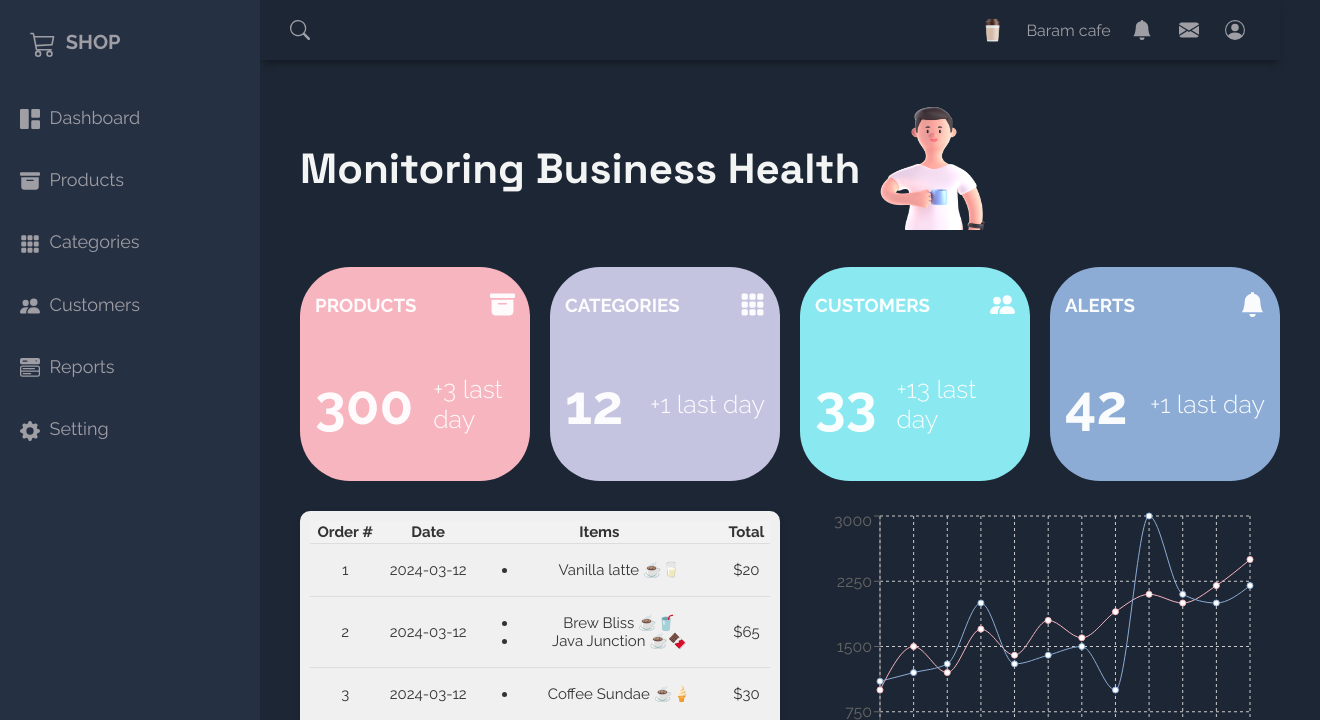
Repository: ffferncake/monitoring-business-health
Page: /
An editor plug-in stored every save of this project. The page is shown before and after the next save, followed by the edit.
The browser window is 1280 px wide. The page is 1320 px wide, so the pictures cover 1320 px, including what lies to the right of the window. The pictures show the whole page.
An inner scrolling area shows only its first screen. The project was rebuilt for these pictures with package versions that can differ from the ones it lists, and the page was loaded fresh each time. Also part of the build but not shown: vite.config.js.

Above is the page before, as saved 2024-03-13 16:02:28.

### index.html
<!doctype html>
<html lang="en">
  <head>
    <meta charset="UTF-8" />
    <link rel="icon" type="image/svg+xml" href="/images/coffee-glass-packaging.png" />
    <meta name="viewport" content="width=device-width, initial-scale=1.0" />
    <title>Baram 바람</title>
  </head>
  <body>
    <div id="root"></div>
    <script type="module" src="/src/main.jsx"></script>
  </body>
</html>

### src/App.css
@import url("https://fonts.googleapis.com/css2?family=Raleway:ital,wght@0,100..900;1,100..900&family=Space+Grotesk:wght@300..700&display=swap");
body {
  margin: 0;
  padding: 0;
  background-color: #1d2634;
  color: #9e9ea4;
  /* font-family: 'Montserrat', sans-serif; */
  font-family: "Raleway", "Space Grotesk", sans-serif;
}

.icon {
  vertical-align: middle;
  line-height: 1px;
  font-size: 20px;
}
.icon_header {
  vertical-align: middle;
  line-height: 1px;
  font-size: 26px;
}
.icon,
.icon_header {
  margin-right: 5px;
}

.close_icon {
  color: red;
  margin-left: 30px;
  margin-top: 10px;
  cursor: pointer;
}

.grid-container {
  display: grid;
  grid-template-columns: 260px 1fr 1fr 1fr;
  grid-template-rows: 0.2fr 3fr;
  grid-template-areas:
    "sidebar header header header"
    "sidebar main main main";
  height: 100vh;
}

/* Header  */
.header {
  grid-area: header;
  height: 60px;
  display: flex;
  align-items: center;
  justify-content: space-between;
  padding: 0 30px 0 30px;
  box-shadow: 0 6px 7px -3px rgba(0, 0, 0, 0.35);
}

.header-right {
  display: flex;
  justify-content: space-between;
  align-items: center;
  width: 270px;
}
.header-right > img {
  width: 25px;
}

.menu-icon {
  display: none;
}
/* End Header  */

/* Sidebar  */
#sidebar {
  grid-area: sidebar;
  height: 100%;
  background-color: #263043;
  overflow-y: auto;
  transition: all 0.5s;
  -webkit-transition: all 0.5s;
}

.sidebar-title {
  display: flex;
  justify-content: space-between;
  align-items: center;
  padding: 15px 30px 0px 30px;
  margin-bottom: 30px;
  font-family: "Raleway", sans-serif;
}

.sidebar-title > span {
  display: none;
}

.sidebar-brand {
  margin-top: 15px;
  font-size: 20px;
  font-weight: 700;
}

.sidebar-list {
  padding: 0;
  list-style-type: none;
}

.sidebar-list-item {
  padding: 20px 20px 20px 20px;
  font-size: 18px;
}

.sidebar-list-item:hover {
  background-color: rgba(255, 255, 255, 0.2);
  cursor: pointer;
}

.sidebar-list-item > a {
  text-decoration: none;
  color: #9e9ea4;
}

.sidebar-responsive {
  display: inline !important;
  position: absolute;
  /*
    we want the z-index of the sidebar higher so that
    the charts are not showing over the sidebar
    on small screens
  */
  z-index: 12 !important;
}

/* End Sidebar  */

/* Main  */
.main-container {
  grid-area: main;
  overflow-y: auto;
  overflow-x: hidden;
  padding: 20px 20px;
  color: rgba(255, 255, 255, 0.95);
  width: 100%;
  display: flex;
  flex-wrap: wrap;
}

.column {
  /* grid-area: main; */
  overflow-y: auto;
  padding: 20px 20px;
  color: rgba(255, 255, 255, 0.95);
  overflow-x: hidden;
  /* width: 50%; */
}

.main-title {
  display: flex;
  /* justify-content: space-between; */
  font-size: 36px;
  font-family: "Space Grotesk", sans-serif;
}

.main-title > img {
  width: 150px;
  height: 130px;
}
.main-cards {
  display: grid;
  grid-template-columns: 1fr 1fr 1fr 1fr;
  gap: 20px;
  margin: 30px 0;
}

.card {
  display: flex;
  flex-direction: column;
  justify-content: space-around;
  padding: 8px 15px;
  border-radius: 50px;
}

.card:first-child {
  background-color: #f7b5bf;
}

.card:nth-child(2) {
  background-color: #c4c4e0;
}

.card:nth-child(3) {
  background-color: #8ae8f0;
}

.card:nth-child(4) {
  background-color: #8cacd5;
}

.card-inner {
  display: flex;
  align-items: center;
  justify-content: space-between;
}

.card-inner-text {
  display: flex;
  align-items: center;
  justify-content: space-between;
}

.card-inner-text > h1 {
  font-size: 55px;
  font-weight: 700;
}

.card-inner-text > h2 {
  font-size: 25px;
  padding-left: 20px;
  font-weight: 300;
}

.card-inner > .card_icon {
  font-size: 25px;
}

.card-inner > img {
  border-radius: 50px;
  width: 290px;
  height: 400px;
  display: block;
  align-items: center;
  margin: 0 auto; /* Center the image horizontally */
  margin-left: 50px;
}
.charts {
  display: grid;
  grid-template-columns: 1fr 1fr;
  gap: 20px;
  margin-top: 10px;
  height: 300px;
}

/* End Main  */

/* Medium <= 992px */

@media screen and (max-width: 992px) {
  .grid-container {
    grid-template-columns: 1fr;
    grid-template-rows: 0.2fr 3fr;
    grid-template-areas:
      "header"
      "main";
  }

  #sidebar {
    display: none;
  }

  .menu-icon {
    display: inline;
  }

  .sidebar-title > span {
    display: inline;
  }
}
/* Small <= 768px */

@media screen and (max-width: 768px) {
  .main-cards {
    grid-template-columns: 1fr;
    gap: 10px;
    margin-bottom: 0;
  }

  .charts {
    grid-template-columns: 1fr;
    margin-top: 30px;
  }
}

/* Extra Small <= 576px */

@media screen and (max-width: 576px) {
  .hedaer-left {
    display: none;
  }
}

### src/Header.jsx
import React from "react";
import {
  BsFillBellFill,
  BsFillEnvelopeFill,
  BsPersonCircle,
  BsSearch,
  BsJustify,
} from "react-icons/bs";
import "./App.css";

function Header({ OpenSidebar }) {
  return (
    <header className="header">
      <div className="menu-icon">
        <BsJustify className="icon" onClick={OpenSidebar} />
      </div>
      <div className="header-left">
        <BsSearch className="icon" />
      </div>

      <div className="header-right">
        <img src="./images/coffee-glass-packaging.png" alt="coffee" />
        <p>Baram cafe</p>
        <BsFillBellFill className="icon" />
        <BsFillEnvelopeFill className="icon" />
        <BsPersonCircle className="icon" />
      </div>
    </header>
  );
}

export default Header;

### src/Sidebar.jsx
import React from 'react'
import
{BsCart3, BsGrid1X2Fill, BsFillArchiveFill, BsFillGrid3X3GapFill, BsPeopleFill,
  BsListCheck, BsMenuButtonWideFill, BsFillGearFill}
 from 'react-icons/bs'

function Sidebar({openSidebarToggle, OpenSidebar}) {
  return (
    <aside id="sidebar" className={openSidebarToggle ? "sidebar-responsive": ""}>
        <div className='sidebar-title'>
            <div className='sidebar-brand'>
                <BsCart3  className='icon_header'/> SHOP
            </div>
            <span className='icon close_icon' onClick={OpenSidebar}>X</span>
        </div>

        <ul className='sidebar-list'>
            <li className='sidebar-list-item'>
                <a href="">
                    <BsGrid1X2Fill className='icon'/> Dashboard
                </a>
            </li>
            <li className='sidebar-list-item'>
                <a href="">
                    <BsFillArchiveFill className='icon'/> Products
                </a>
            </li>
            <li className='sidebar-list-item'>
                <a href="">
                    <BsFillGrid3X3GapFill className='icon'/> Categories
                </a>
            </li>
            <li className='sidebar-list-item'>
                <a href="">
                    <BsPeopleFill className='icon'/> Customers
                </a>
            </li>
            {/* <li className='sidebar-list-item'>
                <a href="">
                    <BsListCheck className='icon'/> Inventory
                </a>
            </li> */}
            <li className='sidebar-list-item'>
                <a href="">
                    <BsMenuButtonWideFill className='icon'/> Reports
                </a>
            </li>
            <li className='sidebar-list-item'>
                <a href="">
                    <BsFillGearFill className='icon'/> Setting
                </a>
            </li>
        </ul>
    </aside>
  )
}

export default Sidebar

### src/Home.jsx
import React from "react";
import {
  BsFillArchiveFill,
  BsFillGrid3X3GapFill,
  BsPeopleFill,
  BsFillBellFill,
} from "react-icons/bs";
import {
  BarChart,
  Bar,
  Cell,
  XAxis,
  YAxis,
  CartesianGrid,
  Tooltip,
  Legend,
  ResponsiveContainer,
  LineChart,
  Line,
} from "recharts";
import Card from "./Card";
import logoImage1 from "../public/images/ig.png"; // Import your first logo image
import logoImage2 from "../public/images/facebook.png"; // Import your second logo image
import logoImage3 from "../public/images/twitter.png"; // Import your third logo image
import OrderCard from "./OrderCard";

function Home() {
  const data = [
    { month: "01", profit_2021: 1000, profit_2022: 1100 },
    { month: "02", profit_2021: 1500, profit_2022: 1200 },
    { month: "03", profit_2021: 1200, profit_2022: 1300 },
    { month: "04", profit_2021: 1700, profit_2022: 2000 },
    { month: "05", profit_2021: 1400, profit_2022: 1300 },
    { month: "06", profit_2021: 1800, profit_2022: 1400 },
    { month: "07", profit_2021: 1600, profit_2022: 1500 },
    { month: "08", profit_2021: 1900, profit_2022: 1000 },
    { month: "09", profit_2021: 2100, profit_2022: 3000 },
    { month: "10", profit_2021: 2000, profit_2022: 2100 },
    { month: "11", profit_2021: 2200, profit_2022: 2000 },
    { month: "12", profit_2021: 2500, profit_2022: 2200 },
  ];

  const reviews = [
    "This is a fantastic product! Highly recommended 👍👍👍",
    "Amazing service and great value for money 💯",
    "Couldn't be happier with my purchase 💖. 10/10.",
  ];

  const latestOrders = [
    {
      id: 1,
      date: "2024-03-12",
      items: [
        { name: "Vanilla latte ☕️🥛", price: 20 },
        // { name: "Product 2", price: 30 },
        // { name: "Product 3", price: 15 },
      ],
      total: 20,
    },
    {
      id: 2,
      date: "2024-03-12",
      items: [
        { name: "Brew Bliss ☕️🥤", price: 25 },
        { name: "Java Junction ☕️🍫", price: 40 },
      ],
      total: 65,
    },
    {
      id: 3,
      date: "2024-03-12",
      items: [{ name: "Coffee Sundae ☕️🍦", price: 30 }],
      total: 30,
    },
    {
      id: 4,
      date: "2024-03-12",
      items: [
        { name: "The Roast Retreat ☕️❄️", price: 15 },
        { name: "Brew Bliss ☕️🥤", price: 20 },
      ],
      total: 35,
    },
    // {
    //   id: 5,
    //   date: "2024-03-08",
    //   items: [
    //     { name: "Product 11", price: 25 },
    //     { name: "Product 12", price: 30 },
    //     { name: "Product 13", price: 15 },
    //     { name: "Product 14", price: 40 },
    //   ],
    //   total: 110,
    // },
  ];

  return (
    <>
      <div className="main-container">
        <div className="column">
          <div className="main-title">
            <h3>Monitoring Business Health</h3>
            <img
              src="./images/businessman-holding-cup.png"
              alt="man-holding-coffee"
            />
          </div>
          <div className="main-cards">
            <div className="card">
              <div className="card-inner">
                <h3>PRODUCTS</h3>
                <BsFillArchiveFill className="card_icon" />
              </div>
              <div className="card-inner-text">
                {" "}
                <h1>300</h1>
                <h2>+3 last day</h2>
              </div>
            </div>
            <div className="card">
              <div className="card-inner">
                <h3>CATEGORIES</h3>
                <BsFillGrid3X3GapFill className="card_icon" />
              </div>
              <div className="card-inner-text">
                <h1>12</h1>
                <h2>+1 last day</h2>
              </div>
            </div>
            <div className="card">
              <div className="card-inner">
                <h3>CUSTOMERS</h3>
                <BsPeopleFill className="card_icon" />
              </div>
              <div className="card-inner-text">
                <h1>33</h1>
                <h2>+13 last day</h2>
              </div>
            </div>
            <div className="card">
              <div className="card-inner">
                <h3>ALERTS</h3>
                <BsFillBellFill className="card_icon" />
              </div>
              <div className="card-inner-text">
                <h1>42</h1>
                <h2>+1 last day</h2>
              </div>
            </div>
          </div>

          <div className="charts">
            {/* <ResponsiveContainer width="100%" height="100%">
              <BarChart
                width={500}
                height={300}
                data={data}
                margin={{
                  top: 5,
                  right: 30,
                  left: 20,
                  bottom: 5,
                }}
              >
                <CartesianGrid strokeDasharray="3 3" />
                <XAxis dataKey="month" interval={1} />
                <YAxis />
                <Tooltip />
                <Bar dataKey="profit_2021" fill="#F7B5BF" />
                <Bar dataKey="profit_2022" fill="#8CACD5" />
              </BarChart>
            </ResponsiveContainer> */}
            <OrderCard orders={latestOrders} />

            {/* <div className="card-order">
              <div className="card-inner-order">
                <h3>ALERTS</h3>
                <BsFillBellFill className="card_icon" />
              </div>
              <div className="card-inner-text">
                <h1>42</h1>
                <h2>+1 last day</h2>
              </div>
            </div> */}
            <ResponsiveContainer width="100%" height="100%">
              <LineChart
                width={500}
                height={300}
                data={data}
                margin={{
                  top: 5,
                  right: 30,
                  left: 20,
                  bottom: 5,
                }}
              >
                <CartesianGrid strokeDasharray="3 3" />
                <XAxis dataKey="month" />
                <YAxis />
                <Tooltip />
                {/* <Legend /> */}
                <Line
                  type="monotone"
                  dataKey="profit_2021"
                  stroke="#F7B5BF"
                  activeDot={{ r: 8 }}
                />
                <Line type="monotone" dataKey="profit_2022" stroke="#8CACD5" />
              </LineChart>
            </ResponsiveContainer>
          </div>
        </div>
        <div className="column">
          {/* <div className="card"> */}
          <div className="card-inner">
            <img src="./images/cafe_inside.jpg" alt="cafe img" />
            {/* </div> */}
          </div>
          <div className="card-container">
            <Card logo={logoImage1} review={reviews[0]} />
            <Card logo={logoImage2} review={reviews[1]} />
            <Card logo={logoImage3} review={reviews[2]} />
          </div>
        </div>
      </div>
    </>
  );
}

export default Home;

### src/Card.jsx
import React from "react";
import "./Card.css"; // Import CSS file for styling

const Card = ({ logo, review }) => {
  return (
    <div className="card-comment">
      <div className="logo-comment-container">
        <div className="logo-container">
          <img src={logo} alt="Logo" className="logo" />
        </div>
        <div className="review">{review}</div>
      </div>
    </div>
  );
};

export default Card;

### src/OrderCard.jsx
import React from "react";
import "./OrderCard.css"; // Import CSS file for styling

const OrderCard = ({ orders }) => {
  return (
    <div className="order-card">
      <table>
        <thead>
          <tr>
            <th>Order #</th>
            <th>Date</th>
            <th>Items</th>
            <th>Total</th>
          </tr>
        </thead>
        <tbody>
          {orders.map((order) => (
            <tr key={order.id}>
              <td>{order.id}</td>
              <td>{order.date}</td>
              <td>
                <ul>
                  {order.items.map((item, index) => (
                    <li key={index}>{item.name}</li>
                  ))}
                </ul>
              </td>
              <td>${order.total}</td>
            </tr>
          ))}
        </tbody>
      </table>
    </div>
  );
};

export default OrderCard;

### src/Card.css
.card-comment {
  width: 250px;
  height: 50px; /* Adjust height according to content */
  margin-top: 10px;
  margin-left: 50px;
  border-radius: 30px;
  background-color: #f0f0f0;
  display: flex;
  /* align-items: center;
  justify-content: center; */
  padding: 20px;
  /* text-align: center; */
}
.logo-comment-container {
  display: flex;
  align-items: center;
  justify-content: space-between;
}

.logo-container {
  width: 50px;
  height: 50px;
  border-radius: 30px;
  overflow: hidden;
  /* margin-bottom: 20px; */
}

.logo {
  width: 100%;
  height: 100%;
  object-fit: contain;
}

.review {
  font-size: 12px;
  color: #333;
  margin-left: 10px; /* Adjust margin as needed */
}

### src/OrderCard.css
.order-card {
  background-color: #f0f0f0;
  border-radius: 10px;
  padding: 10px;
  margin-bottom: 10px;
  box-shadow: 0 4px 8px rgba(0, 0, 0, 0.1);
}

table {
  width: 100%;
  border-collapse: collapse;
}

th,
td {
  padding: 2px;
  border-bottom: 1px solid #ddd;
  text-align: center;
  font-size: 15px;
  color: #333;
}

th {
  background-color: #f2f2f2;
}

Loaded but not shown: src/main.jsx (common file); src/App.jsx (common file)

After the next save:
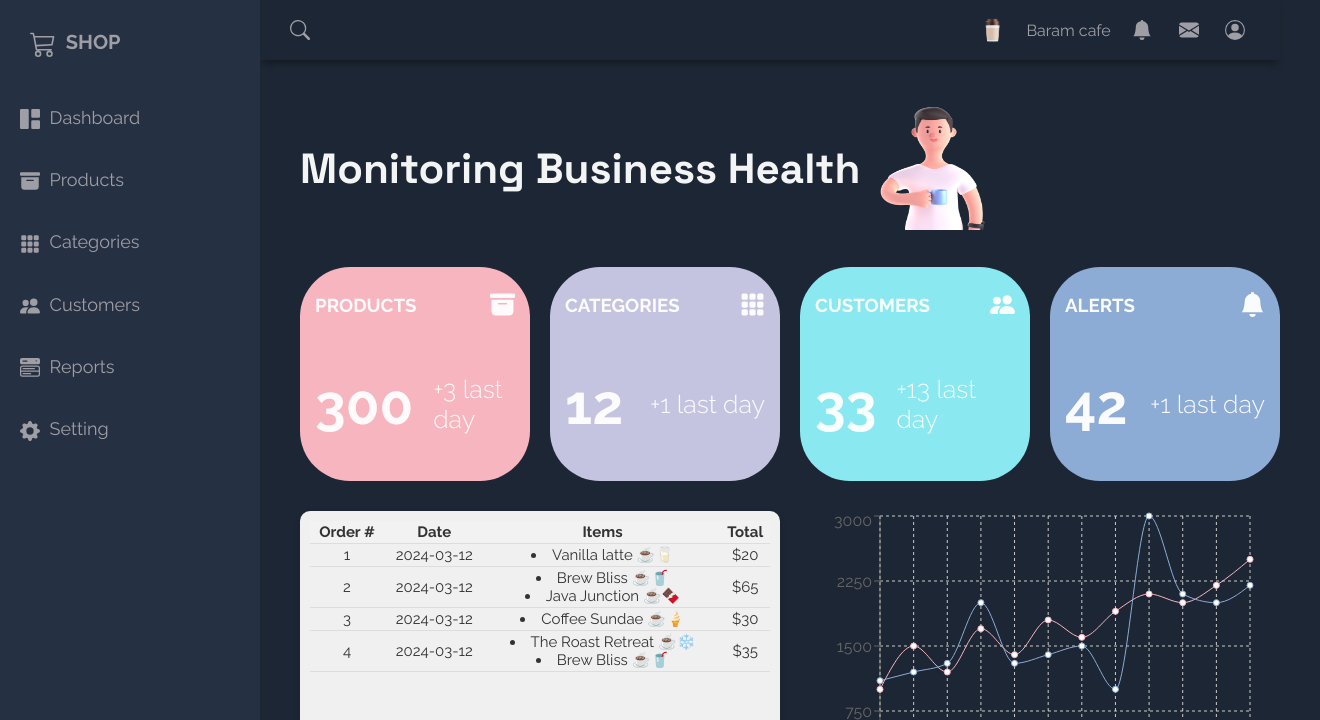
Saved 4 min 18 s later.
--- a/src/OrderCard.jsx
+++ b/src/OrderCard.jsx
@@ -19,11 +19,11 @@
               <td>{order.id}</td>
               <td>{order.date}</td>
               <td>
-                <ul>
-                  {order.items.map((item, index) => (
-                    <li key={index}>{item.name}</li>
-                  ))}
-                </ul>
+                {/* <ul> */}
+                {order.items.map((item, index) => (
+                  <li key={index}>{item.name}</li>
+                ))}
+                {/* </ul> */}
               </td>
               <td>${order.total}</td>
             </tr>

After the save that followed:
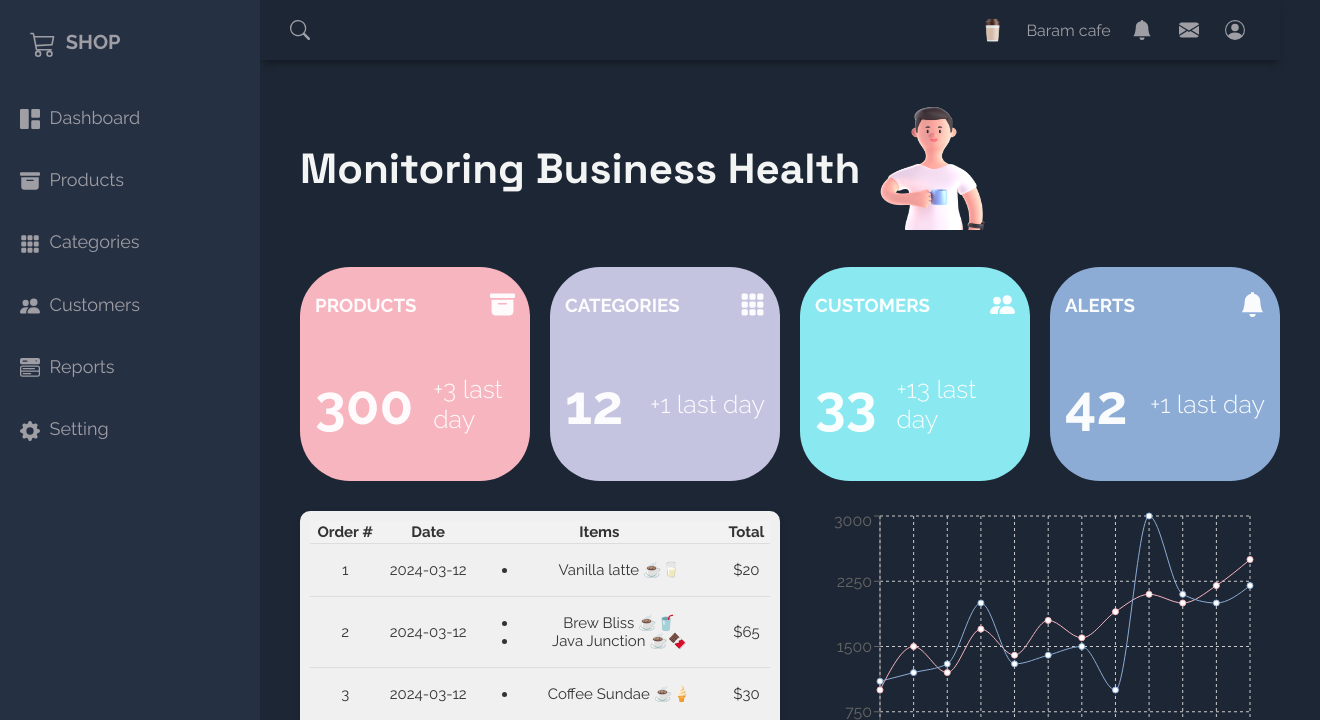
Saved 39 s later.
--- a/src/OrderCard.jsx
+++ b/src/OrderCard.jsx
@@ -1,5 +1,5 @@
-import React from "react";
-import "./OrderCard.css"; // Import CSS file for styling
+import React from 'react';
+import './OrderCard.css'; // Import CSS file for styling
 
 const OrderCard = ({ orders }) => {
   return (
@@ -14,16 +14,16 @@
           </tr>
         </thead>
         <tbody>
-          {orders.map((order) => (
+          {orders.map(order => (
             <tr key={order.id}>
               <td>{order.id}</td>
               <td>{order.date}</td>
               <td>
-                {/* <ul> */}
-                {order.items.map((item, index) => (
-                  <li key={index}>{item.name}</li>
-                ))}
-                {/* </ul> */}
+                <ul>
+                  {order.items.map((item, index) => (
+                    <li key={index}>{item.name}</li>
+                  ))}
+                </ul>
               </td>
               <td>${order.total}</td>
             </tr>
